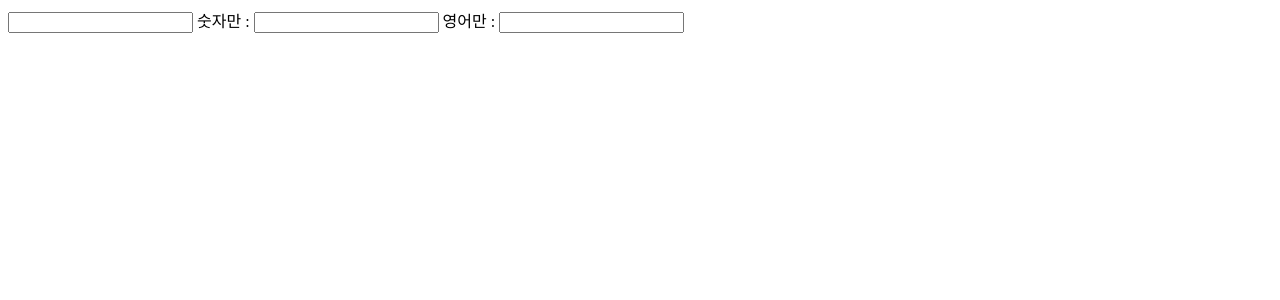
Repository: shbaksa/study
Page: http://localhost/mw_0621/javascript/keypress2.jsp
The author's editor kept a copy of each file at every save. The page is drawn from the files as they stood at one save, then again after the next save.
The browser window is 1280 px wide. The pictures show the whole page.
The page is served by Tomcat 9.

Above is the page before, as saved 2022-06-21 06:21:28.

### mw_0621/src/main/webapp/javascript/keypress2.jsp
<%@ page language="java" contentType="text/html; charset=UTF-8"
    pageEncoding="UTF-8"%>
<!DOCTYPE html>
<html>
<head>
<meta charset="UTF-8">
<title>Insert title here</title>
	<script>
		function check() {
			// 0 => 48 , 9 => 57
			if(event.keyCode >= 48 && event.keyCode <= 57){
				return true;
			}
			else
				return false;

		}
		function check1(my){
			my.value.replace(/[^0~9]/g,"");
		}
		function check2(my){
			my.value.replace(/[^48~57]/g,"");
		}

	</script>
</head>
<body>	<!-- keypress2.jsp -->
	<!-- 숫자만 입력(영문X,한글O) -->
	<input type="text" onkeypress="return check()">
	<!-- 정규표현식을 이용한 입력 -->
	<!-- 숫자만 입력하기 -->
	숫자만 : <input type="text" onkeyup="check1(this)">
	<!-- 영어만 입력하기 -->
	영어만 : <input type="text" onkeyup="check2(this)">
</body>
</html>

After the next save:
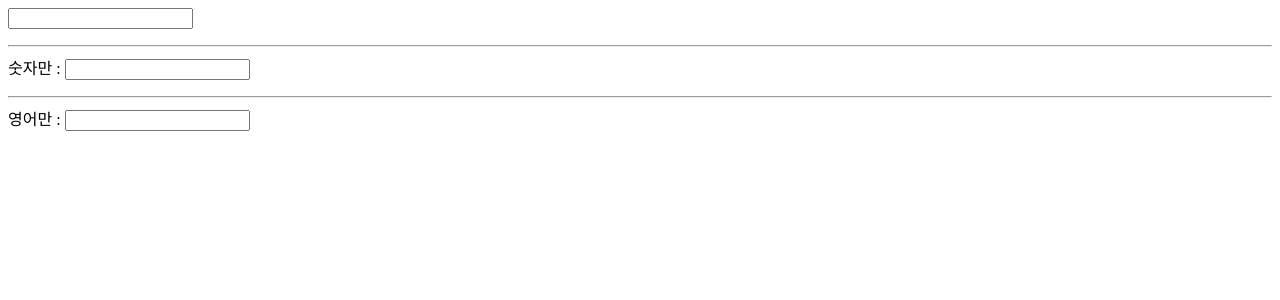
Saved 28 s later.
--- a/mw_0621/src/main/webapp/javascript/keypress2.jsp
+++ b/mw_0621/src/main/webapp/javascript/keypress2.jsp
@@ -26,11 +26,13 @@
 </head>
 <body>	<!-- keypress2.jsp -->
 	<!-- 숫자만 입력(영문X,한글O) -->
-	<input type="text" onkeypress="return check()">
+	<input type="text" onkeypress="return check()"> <p>
+	<hr>
 	<!-- 정규표현식을 이용한 입력 -->
 	<!-- 숫자만 입력하기 -->
-	숫자만 : <input type="text" onkeyup="check1(this)">
+	숫자만 : <input type="text" onkeyup="check1(this)"> <p>
+	<hr>
 	<!-- 영어만 입력하기 -->
-	영어만 : <input type="text" onkeyup="check2(this)">
+	영어만 : <input type="text" onkeyup="check2(this)"> <p>
 </body>
 </html>
